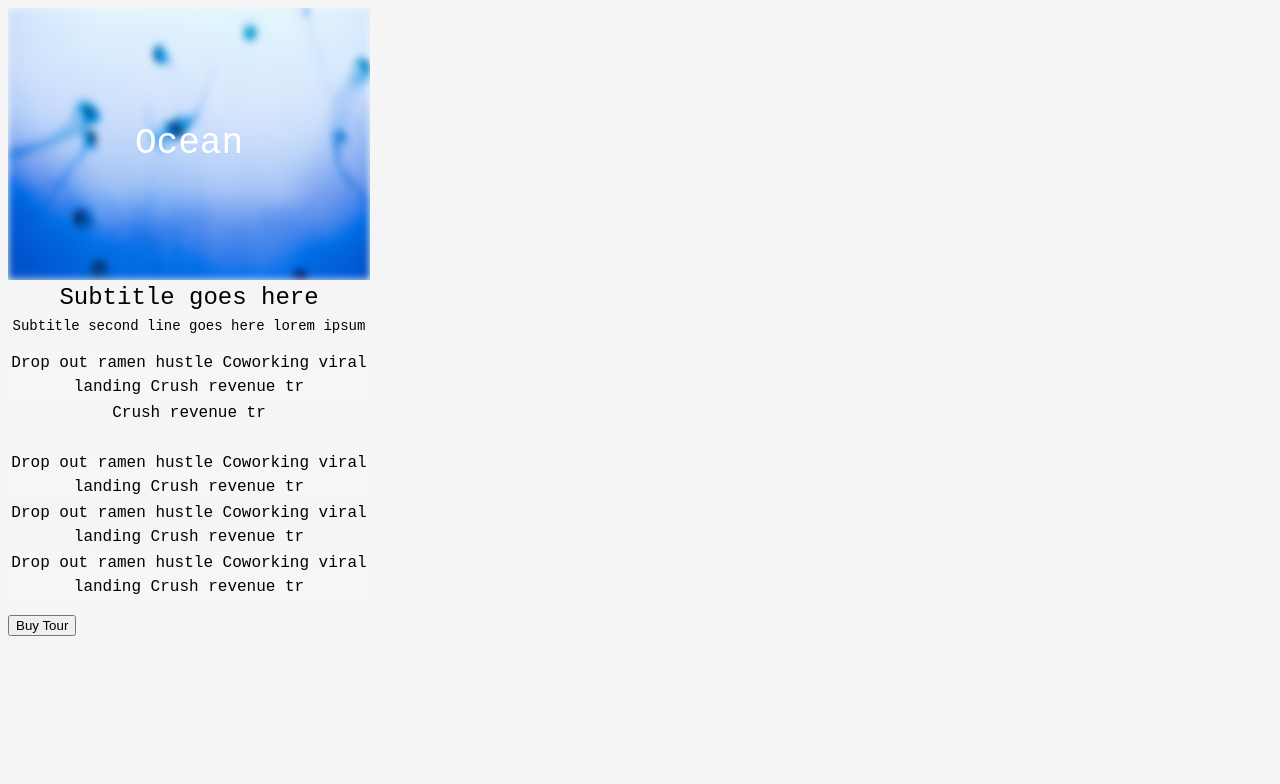
Repository: HoanTiny/pricetable
Page: index.html
These files come from the project's save history. The page is drawn as it stood at one moment and after the next save; the edit follows.
The browser window is 1280 px wide. The pictures show the whole page.

Above is the page before, as saved 2022-07-04 10:15:19.

### index.html
<!DOCTYPE html>
<html lang="en">
    <head>
        <meta charset="UTF-8" />
        <meta http-equiv="X-UA-Compatible" content="IE=edge" />
        <meta name="viewport" content="width=device-width, initial-scale=1.0" />
        <title>PriceTable</title>
        <link rel="stylesheet" href="./assests/css/style.css" />
    </head>
    <body>
        <div class="container">
            <div class="price-table">
                <div class="img">
                    <img src="./assests/img/ocean.png" alt="logo" />
                    <span>Ocean</span>
                </div>
                <div class="title">
                    <div class="title_header">
                        <p>Subtitle goes here</p>
                        <span>Subtitle second line goes here lorem ipsum</span>
                    </div>
                    <div class="title_list">
                        <ul>
                            <li>
                                Drop out ramen hustle Coworking viral landing
                                Crush revenue tr
                            </li>
                            <li>Crush revenue tr</li>
                            <li>
                                Drop out ramen hustle Coworking viral landing
                                Crush revenue tr
                            </li>
                            <li>
                                Drop out ramen hustle Coworking viral landing
                                Crush revenue tr
                            </li>
                            <li>
                                Drop out ramen hustle Coworking viral landing
                                Crush revenue tr
                            </li>
                        </ul>
                    </div>
                    <div class="title_btn">
                        <button type="">Buy Tour</button>
                    </div>
                </div>
            </div>
        </div>
    </body>
</html>

### assests/css/style.css
body {
    background-color: #f5f5f5;
    font-family: "Courier New", Courier, monospace;
    font-size: 14px;
    line-height: 1.5;
}

* {
    box-sizing: border-box;
}

.container {
    display: flex;
}

.price-table {
    width: 362px;
    height: 768px;
}

.img {
    position: relative;
    height: 272px;
    width: 100%;
}

.img span {
    position: absolute;
    top: 50%;
    left: 50%;
    transform: translate(-50%, -50%);
    font-size: 36px;
    color: #fff;
}

img {
    width: 100%;
    height: 100%;
}

.title_header {
    text-align: center;
}

.title_header p {
    font-size: 24px;
    margin: 0;
}

.title_header span {
    font-size: 14px;
}

.title_list ul {
    text-align: center;
    padding-left: 0;
    list-style: none;
}

.title_list ul li {
    font-size: 16px;
    height: 50px;
}

.title_list ul li:nth-child(odd) {
    background-color: #f4f6f7;
}

After the next save:
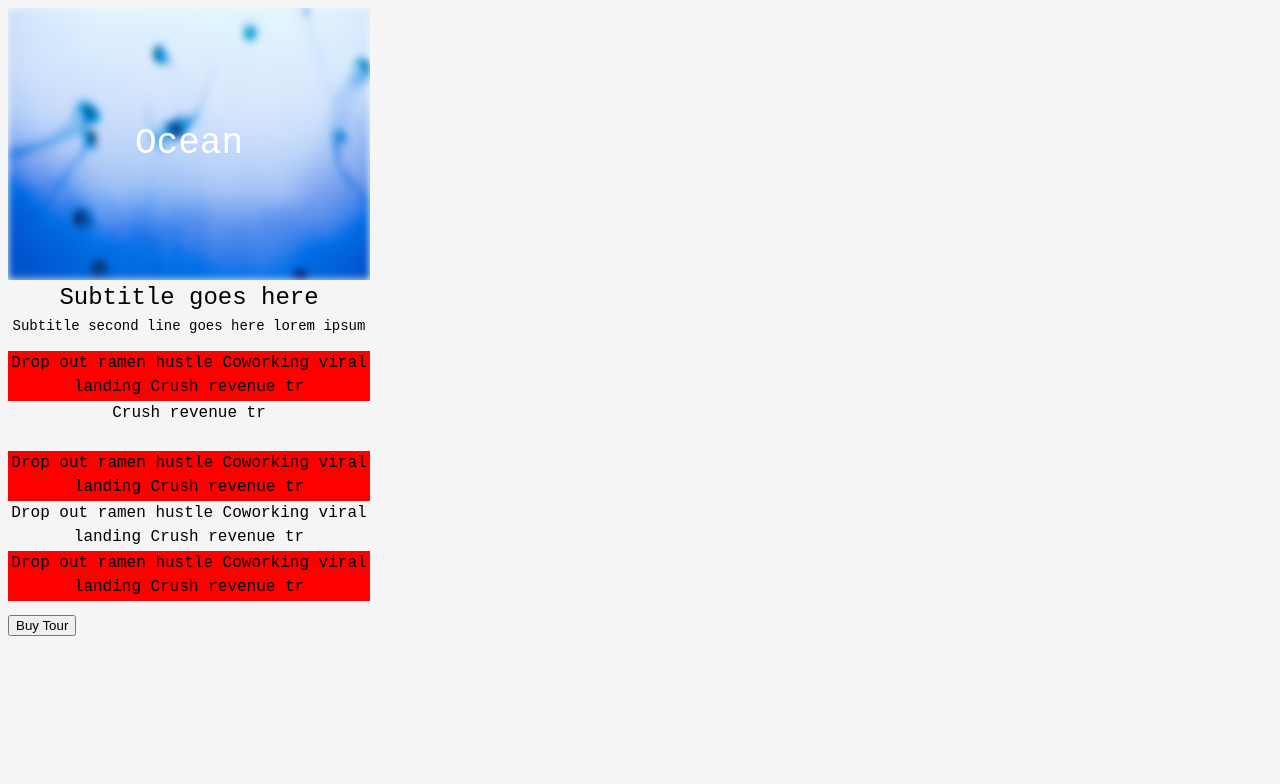
Saved 15 s later.
--- a/assests/css/style.css
+++ b/assests/css/style.css
@@ -63,5 +63,5 @@ img {
 }
 
 .title_list ul li:nth-child(odd) {
-    background-color: #f4f6f7;
+    background-color: red;
 }
